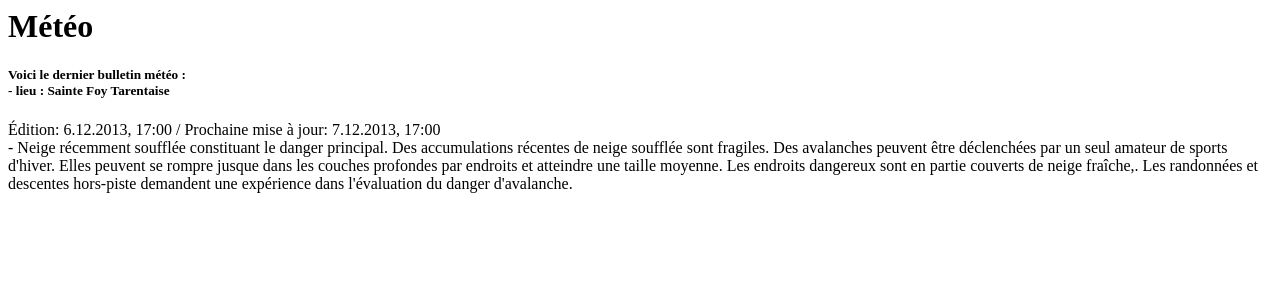
Repository: numericgraphics/Rosiere_Service
Page: www/templates/meteo.html
The author's editor kept a record of every edit. The page is drawn from the files as they stood at one moment, then again after the next edit.
The browser window is 1280 px wide. The pictures show the whole page.

Above is the page before.

After the next edit:
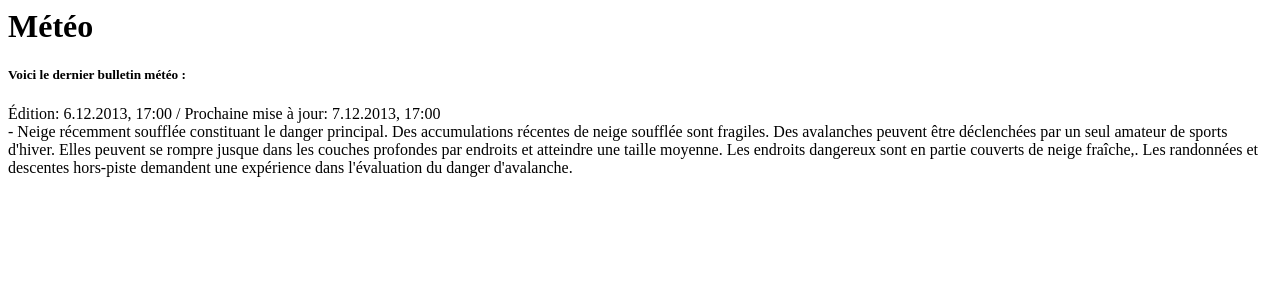
The edit:
--- a/www/templates/meteo.html
+++ b/www/templates/meteo.html
@@ -5,7 +5,8 @@
           <h1 ><i class="icon ion-ios7-cloud"></i> Météo</h1 >
 
 
-          <h5>Voici le dernier bulletin météo :  </br>- lieu : Sainte Foy Tarentaise</h5>
+          <h5>Voici le dernier bulletin météo :</h5>
+
 
           <div class="card">
           <div class="item item-divider item-text-wrap">
